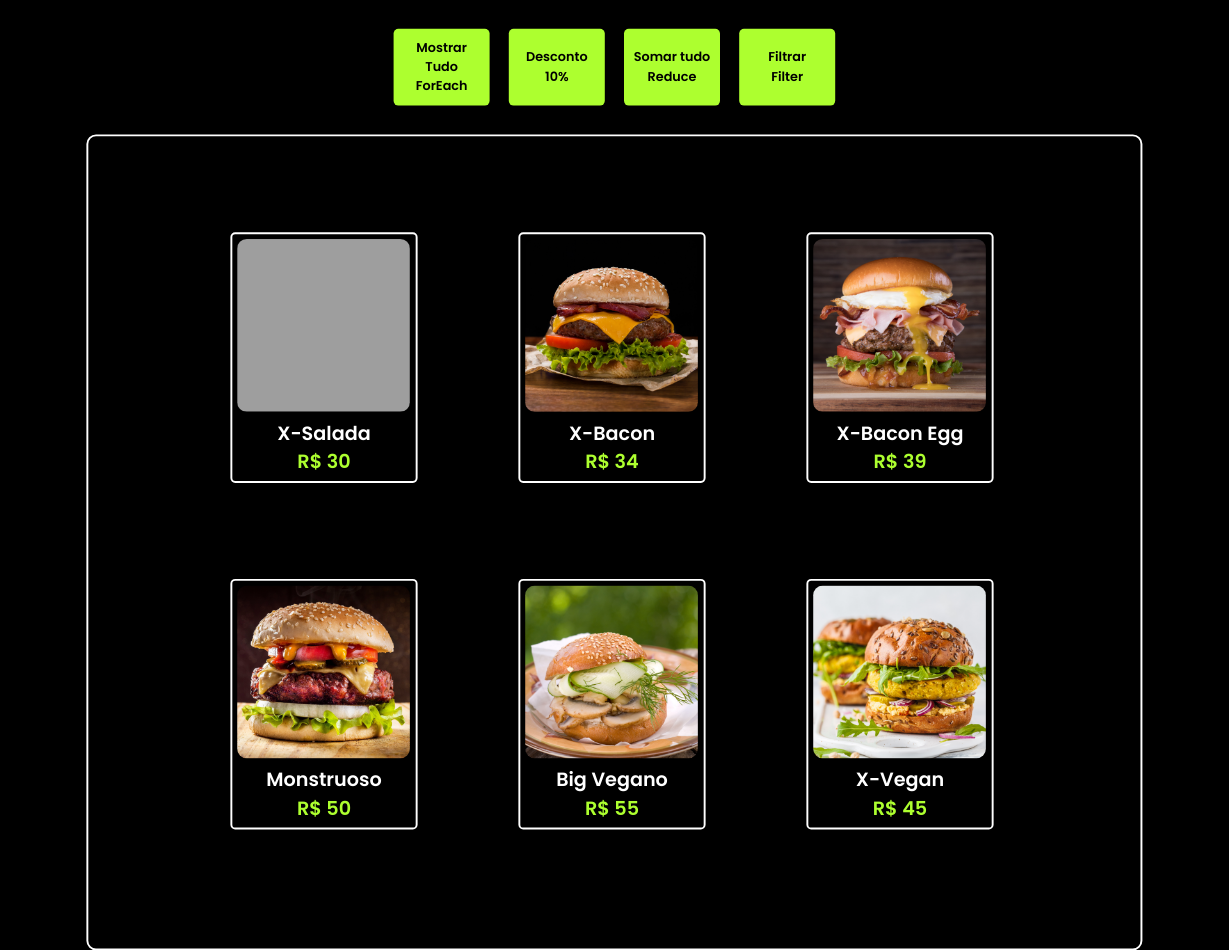
Repository: templaterj1991-Luiz/Main
Page: DevClub/Javascript/DevBurguer/index.html
These files come from the project's save history. The page is drawn as it stood at one moment and after the next save; the edit follows.
The browser window is 1280 px wide. The pictures show the whole page, at 96% of full size.
After loading, the first visible `#botao1` was clicked once.
Pictures or frames that could not be fetched are drawn as grey boxes.

Above is the page before, as saved 2026-05-25 17:53:52.

After the next save:
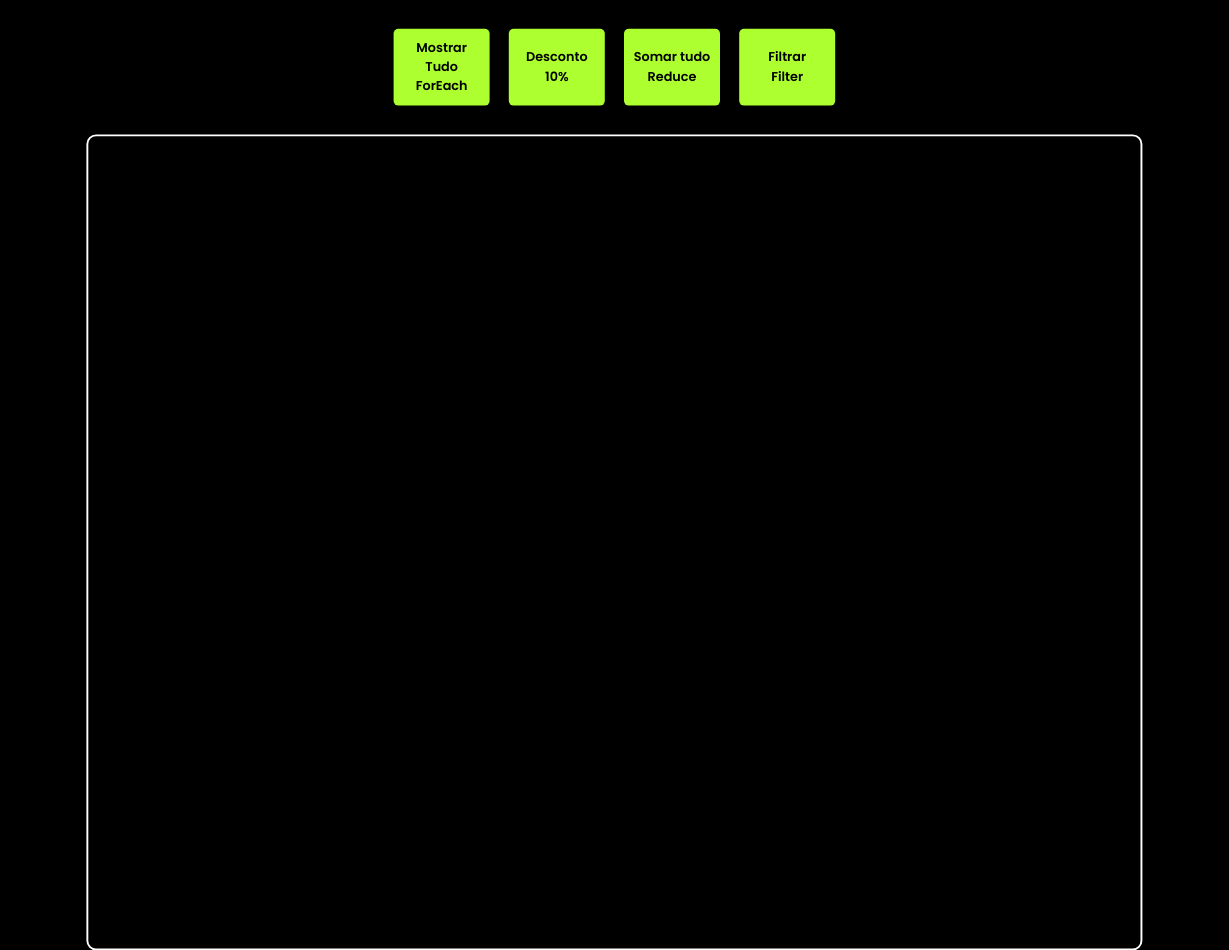
Console error: ReferenceError: formatCurrencyproduct is not defined
Saved 2 min 1 s later.
--- a/DevClub/Javascript/DevBurguer/javascript.js
+++ b/DevClub/Javascript/DevBurguer/javascript.js
@@ -21,7 +21,7 @@ function Showscreen(arrayProduct) {
      <li>
          <img src=${product.src}>
          <p>${product.name}</p>
-         <p class="price"> R$ ${product.price}</p>
+         <p class="price"> R$ ${formatCurrencyproduct.price}</p>
      </li>
   `
 
